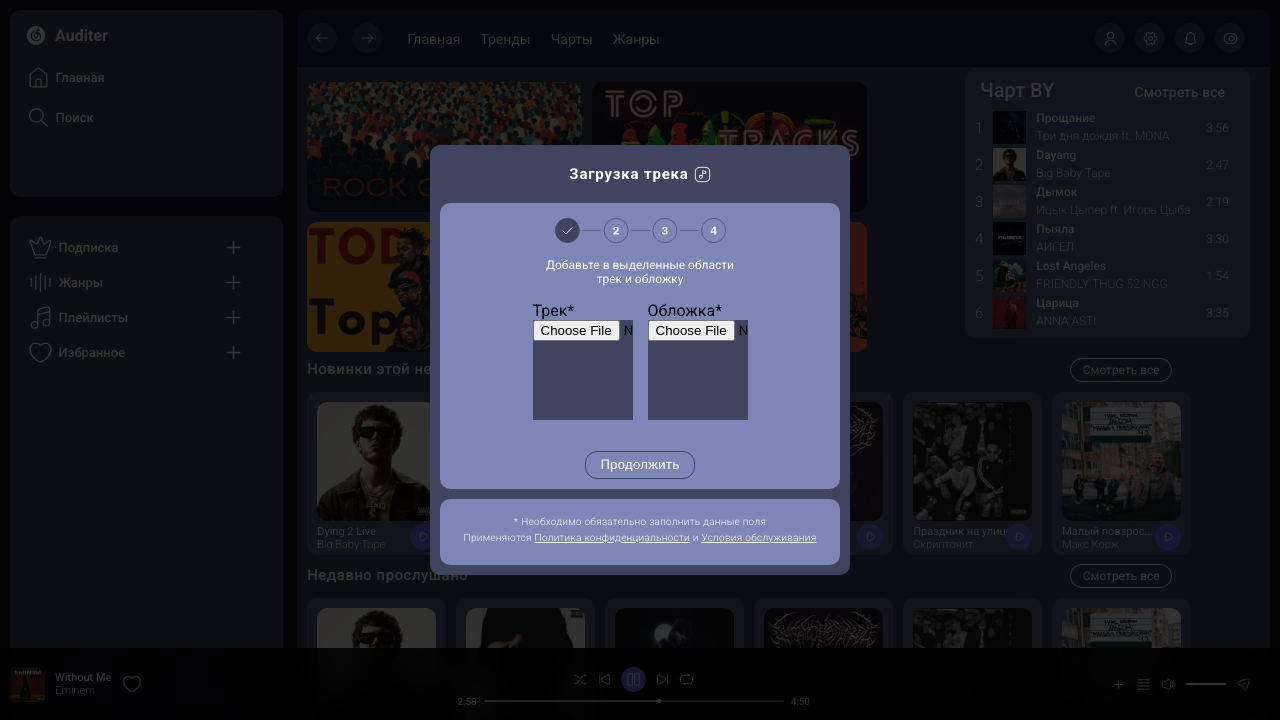
Repository: MaksimKrupkin/music_app
Page: /user
An editor plug-in stored every save of this project. The page is shown before and after the next save, followed by the edit.
The browser window is 1280 px wide. The pictures show the whole page.
An inner scrolling area shows only its first screen. The project was rebuilt for these pictures with package versions that can differ from the ones it lists, and the page was loaded fresh each time. Also part of the build but not shown: vite.config.ts, src/Pages/MainPage_demo/MainPage_demo.module.scss, src/Components/MainScreenDemo/MainScreenDemo.module.scss, src/Components/MainScreenHeaderDemo/MainScreenHeaderDemo.module.scss, src/Components/MainScreenHeaderDemo/MainScreenHeaderDemo.tsx, src/Components/MainScreenDemo/MainScreenDemo.tsx, src/Pages/MainPage_demo/MainPage_demo.tsx, src/Pages/Login/Login.module.scss and 16 more.

Above is the page before, as saved 2024-03-05 13:14:20.

After the next save:
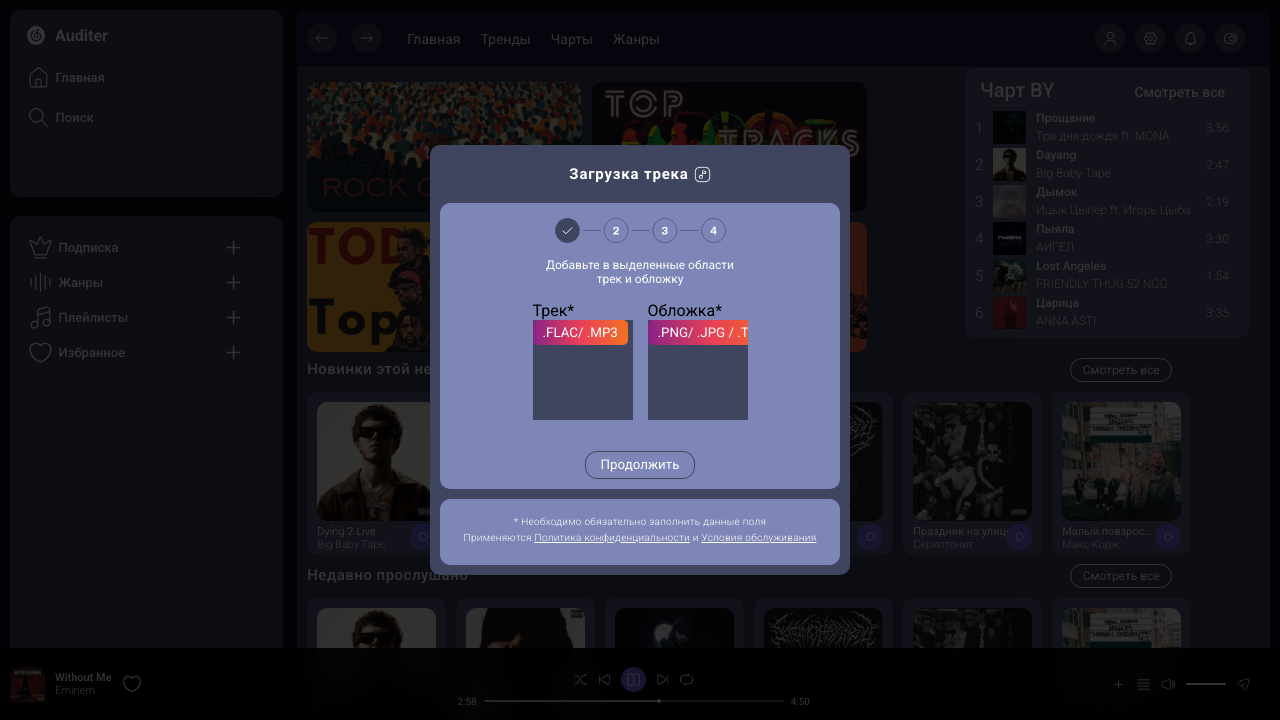
Saved 60 s later.
--- a/src/Components/AddTrack/SecondStep/SecondStep.module.scss
+++ b/src/Components/AddTrack/SecondStep/SecondStep.module.scss
@@ -1,3 +1,15 @@
+input[type='file']::-webkit-file-upload-button {
+  visibility: hidden;
+}
+input[type='file']::before {
+  content: attr(placeholder);
+  display: inline-block;
+  background: linear-gradient(to right, #8a2387, #e94057, #f27121);
+  color: white;
+  padding: 5px 10px;
+  border-radius: 5px;
+  cursor: pointer;
+}
 .step_wrapper {
   box-sizing: border-box;
   width: 100%;
